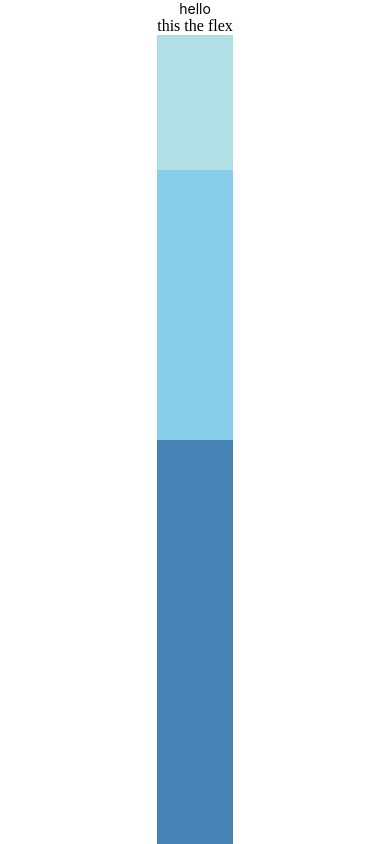
Repository: wcc17/project-adara
Screen: / (app in ProjectAdara/)
An editor plug-in stored every save of this project. The screen is shown before and after the next save, followed by the edit.
The app was drawn by React Native's web renderer in a window 390 px wide. The project was rebuilt for these pictures with package versions that can differ from the ones it lists, and the page was loaded fresh each time.

Above is the screen before, as saved 2018-05-27 12:50:21.

After the next save:
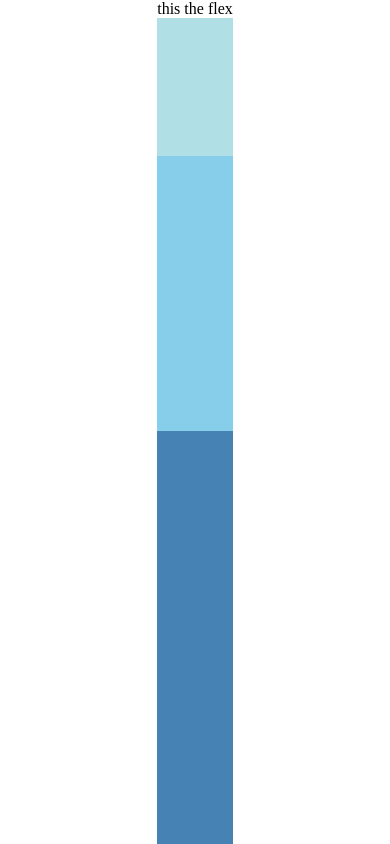
Saved 16 s later.
--- a/ProjectAdara/App.js
+++ b/ProjectAdara/App.js
@@ -10,7 +10,7 @@ export default class App extends React.Component {
 
         return (
             <View style={styles.container}>
-                <Text>hello</Text>
+                {/* <Text>hello</Text> */}
                 {/* <Image source={image} style={{ width: 193, height: 110 }} />
                 <DumbGreetingComponent name='William' />
                 <DumbGreetingComponent name='William' />
